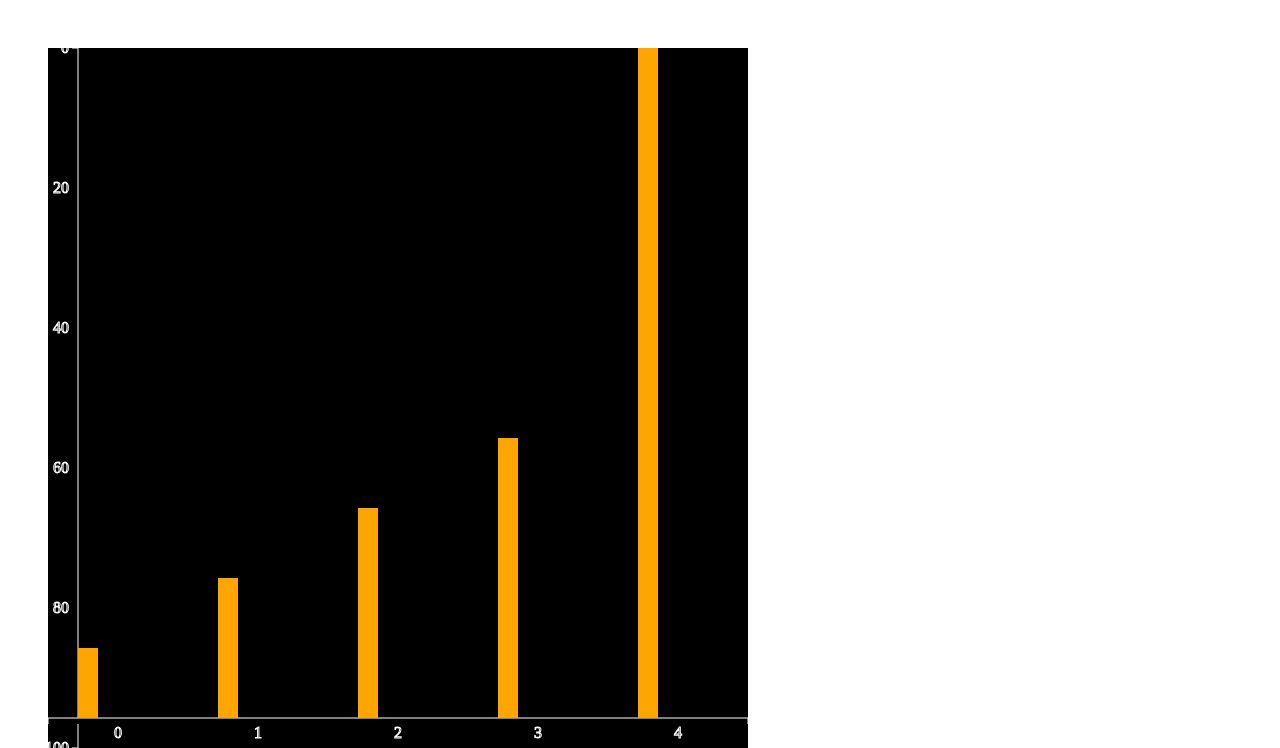
Repository: ajaytech/D3-sample-code
Page: D3 codes/D3Scale.html
The author's editor kept a record of every edit. The page is drawn from the files as they stood at one moment, then again after the next edit.
The browser window is 1280 px wide. The pictures show the whole page.

Above is the page before.

After the next edit:
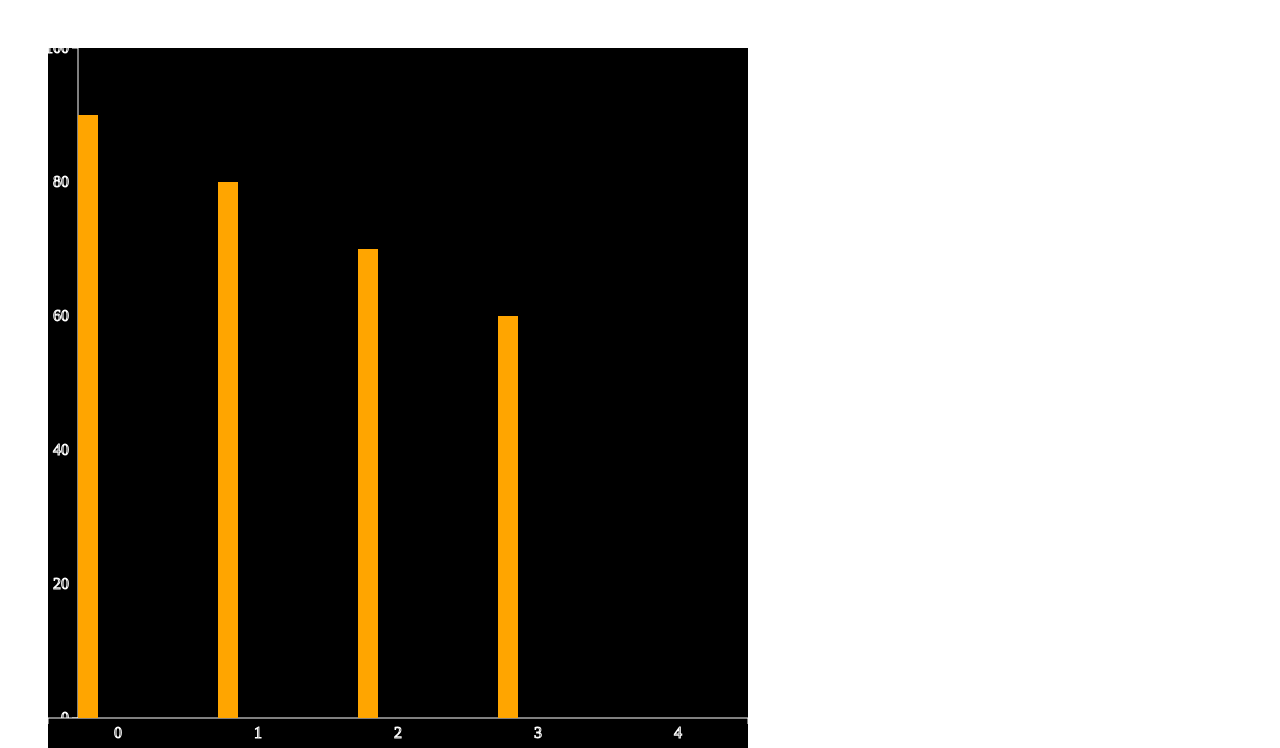
The edit:
--- a/D3 codes/D3Scale.html
+++ b/D3 codes/D3Scale.html
@@ -23,7 +23,7 @@
     };
 
     var y = d3.scale.linear().domain([0,d3.max(data)])
-            .range([0,heightSVG]);
+            .range([heightSVG-axisMargin,0]);
 
     var x = d3.scale.ordinal().domain(d3.range(data.length))
             .rangeRoundBands([0,widthSVG]);
